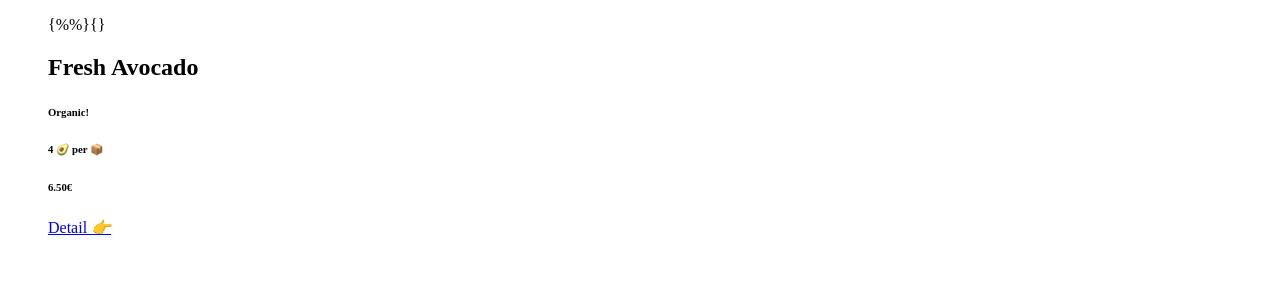
Repository: Tiantian-C/node2
Page: templates/template-card.html
These files come from the project's save history. The page is drawn as it stood at one moment and after the next save; the edit follows.
The browser window is 1280 px wide. The pictures show the whole page.

Above is the page before, as saved 2023-07-15 15:43:21.

### templates/template-card.html
<figure class="card">
  <div class="card__emoji">{%%}{}</div>

  <div class="card__title-box">
    <h2 class="card__title">Fresh Avocado</h2>
  </div>

  <div class="card__details">
    <div class="card__detail-box">
      <h6 class="card__detail card__detail--organic">Organic!</h6>
    </div>

    <div class="card__detail-box">
      <h6 class="card__detail">4 🥑 per 📦</h6>
    </div>

    <div class="card__detail-box">
      <h6 class="card__detail card__detail--price">6.50€</h6>
    </div>
  </div>

  <a class="card__link" href="#">
    <span>Detail <i class="emoji-right">👉</i></span>
  </a>
</figure>

After the next save:
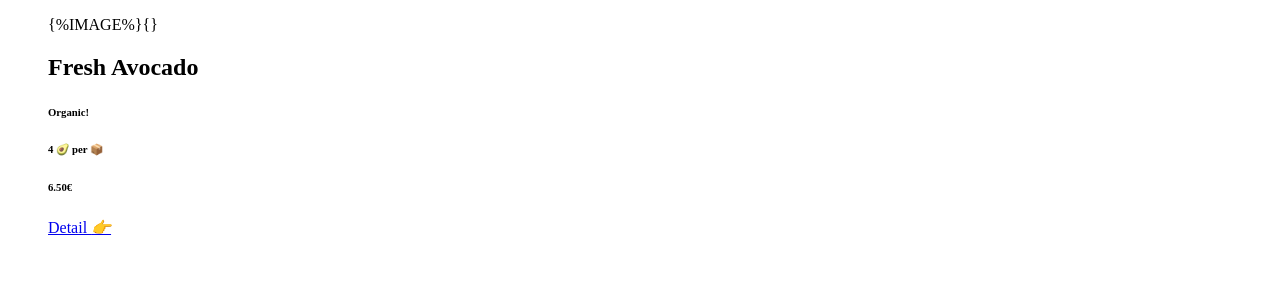
Saved 4 s later.
--- a/templates/template-card.html
+++ b/templates/template-card.html
@@ -1,5 +1,5 @@
 <figure class="card">
-  <div class="card__emoji">{%%}{}</div>
+  <div class="card__emoji">{%IMAGE%}{}</div>
 
   <div class="card__title-box">
     <h2 class="card__title">Fresh Avocado</h2>
